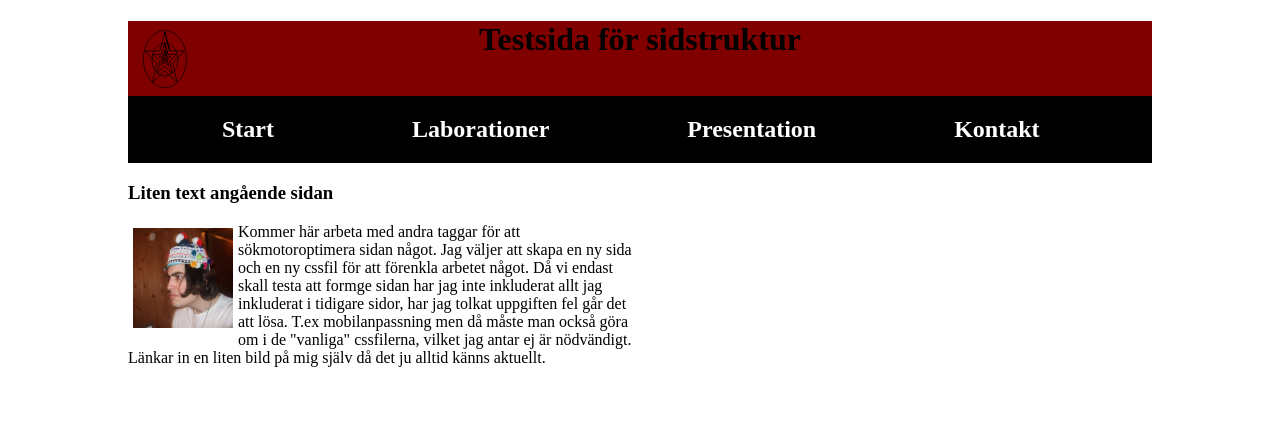
Repository: ao222qc/1IK415_ao222qc_copycat
Page: pages/testsida.html
The author's editor kept a record of every edit. The page is drawn from the files as they stood at one moment, then again after the next edit.
The browser window is 1280 px wide. The pictures show the whole page.

Above is the page before.

### pages/testsida.html
<!doctype html>
<html lang="sv">
    <head>
        <meta charset = "utf-8">
        <title>Bloggindex</title>
        <link rel="stylesheet" href="../pics/css/testsida.css" media="screen">
        <link rel="stylesheet" href="../pics/css/print.css" media="print">
        <link rel="stylesheet" href="../pics/css/mobile.css" media="screen and (max-device-width: 480px") />
        <meta content='width=device-width; initial-scale=1.0; maximum-scale=1.0; user-scalable=0;' name='viewport' />
        <link rel="icon"  type="image/x-icon" href="/pics/fav.ico" />
        <link rel="shortcut icon" href="/pics/iosicon.png"/>
         <link rel="apple-touch-icon" href="/pics/iosicon.png"/>
    </head>
<body>
    <Header>
        <h1>Testsida för sidstruktur</h1>
    </Header>
    <Nav>
            <ul>
            <li><a class="index" href="../index.html">Start</a></li>
            <li><a class="laborationer" href="laborationer.html">Laborationer</a></li>
            <li class="active"><a class="presentation" href="presentation.html">Presentation</a></li>
            <li><a class="kontakt" href="kontakt.html">Kontakt</a></li>
            </ul>
    </Nav>


    <Main>
    <Article>
    <h3>Liten text angående sidan</h3>
    <img class="left" src="../pics/labbild.jpg" height=100px width = 100px alt=""/>
    <p>Kommer här arbeta med andra taggar för att sökmotoroptimera sidan något.
       Jag väljer att skapa en ny sida och en ny cssfil för att förenkla arbetet något.
       Då vi endast skall testa att formge sidan har jag inte inkluderat allt jag inkluderat
       i tidigare sidor, har jag tolkat uppgiften fel går det att lösa. T.ex mobilanpassning
       men då måste man också göra om i de "vanliga" cssfilerna, vilket jag antar ej är nödvändigt.
       Länkar in en liten bild på mig själv då det ju alltid känns aktuellt.
    </p>
    <h3></h3>


    </Article>


















    </Main>
</body>

### pics/css/testsida.css
body
{
    margin: 0 auto;
    width:1024px;
    height:auto;
}
Header
{
    text-align:center;
    background-color:Maroon;
    height:75px;
    background-image: url("../vektorgrafik.svg");
    background-size:75px 75px;
    background-repeat:no-repeat;
}
Nav
{
    font-size: 150%;
    font-weight: bold;
    background-color: black;
    width:1024px;
    display:block;
    float:left;
}
    Nav ul
    {
    list-style-type: none;
    margin: 0;
    padding: 0;
    }

    Nav ul li a
    {
    text-decoration: none;
    padding: 24px 24px;
    color: white;
    text-align:center;
    }

Nav ul li
{
    float:left;
    margin:20px;
    margin-left:70px;
}
Nav ul li a:hover
{
  color:Maroon;
}


Main
{
    margin: 0 auto;
    float:left;
}
Article
{

    float:left;
    width:50%;
    height:auto;
}
.left
{
    margin:5px;
    padding:5pxpx;
    float:left;
}

### pics/css/print.css
body
{
  color : #000000;
  background : #ffffff;
  font-family : "Times New Roman", Times, serif;
  font-size : 12pt;
}
#navigation
{
    display: none;
}
img
{
    display:none;
    visibility: hidden;
}

a:link:after,
a:visited:after
{
    font-size : 12pt;
    content: " ("attr(href) ") ";
}

### pics/css/mobile.css
@media screen and (min-device-width: 320px) and (max-device-width: 480px) {

#background
{
    min-width:320px;
    max-width:100%;
    max-height:100%;
}

body
{
    margin:0; padding:0;
}

table
{
    margin-left:2px;
}

#header
{
    min-width:320px;
    max-width:100%;
    text-align:center;
    background-size: 50px, 50px;
    height:auto;
}
#navigation
{
   min-width:100%;
    max-width:100%;
    float:none;
    text-align:center;
    display:block;
}

#content
{
  min-width:320px;
  max-width:100%;
  padding: 0;
  margin: 0;
}

#vektorgrafik
{
    float:none;
    height:300px;
    width:300px;
}

#mittnylle
{
    height:300px;
    width:300px;
}

#loga
{
    height:300px;
    width:330px;
}

#footer
{
    min-width:320px;
    max-width:100%;
    font-size:85%;
    background-position:right;
    text-align:left;
}

ol dl
{
    font-size:85%;
}




















}

After the next edit:
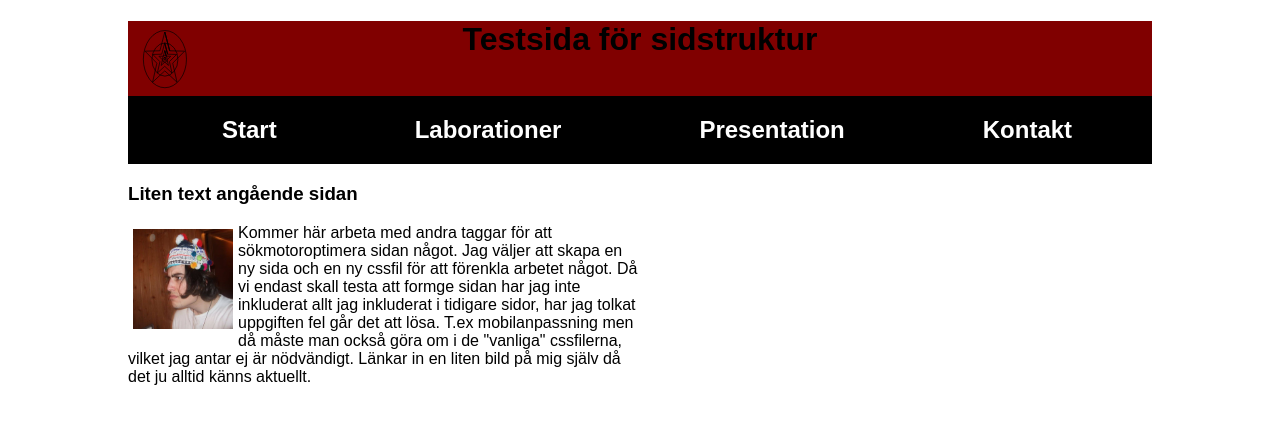
The edit:
--- a/pics/css/testsida.css
+++ b/pics/css/testsida.css
@@ -3,6 +3,7 @@
     margin: 0 auto;
     width:1024px;
     height:auto;
+    font-family:Arial;
 }
 Header
 {
